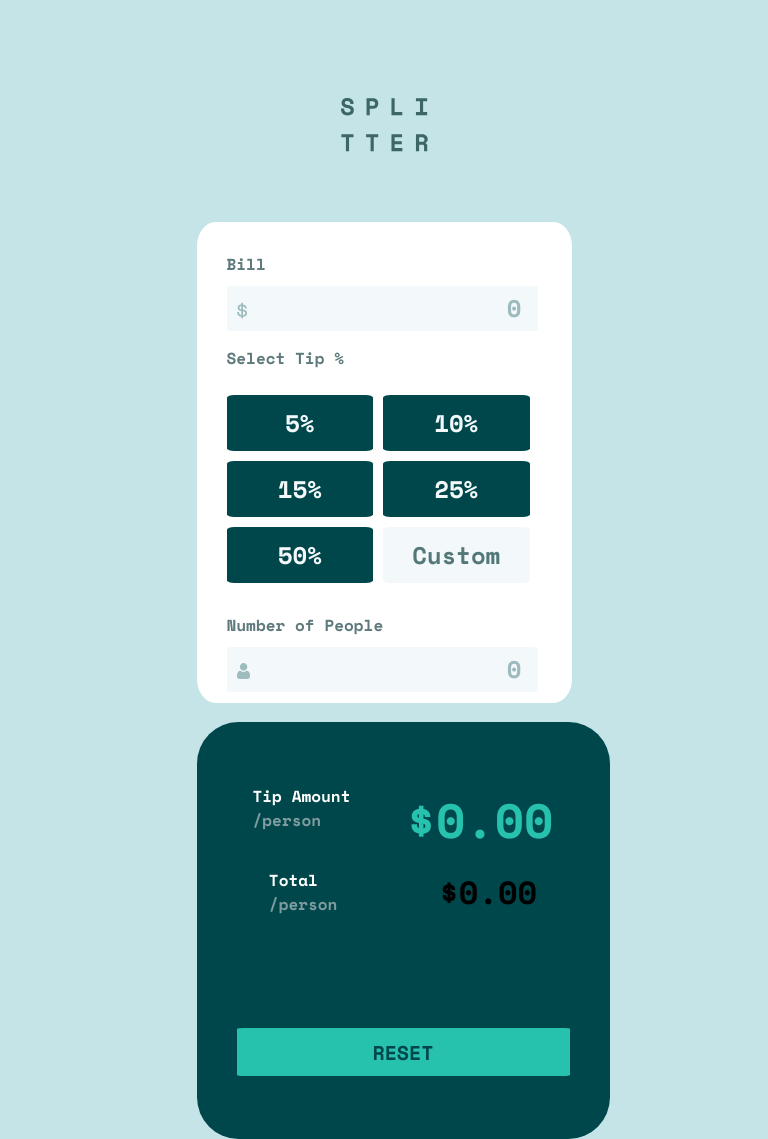
Repository: Arkitecth/tip-calculator
Page: index.html
These files come from the project's save history. The page is drawn as it stood at one moment and after the next save; the edit follows.
The browser window is 768 px wide. The pictures show the whole page.

Above is the page before, as saved 2023-06-09 19:58:04.

After the next save:
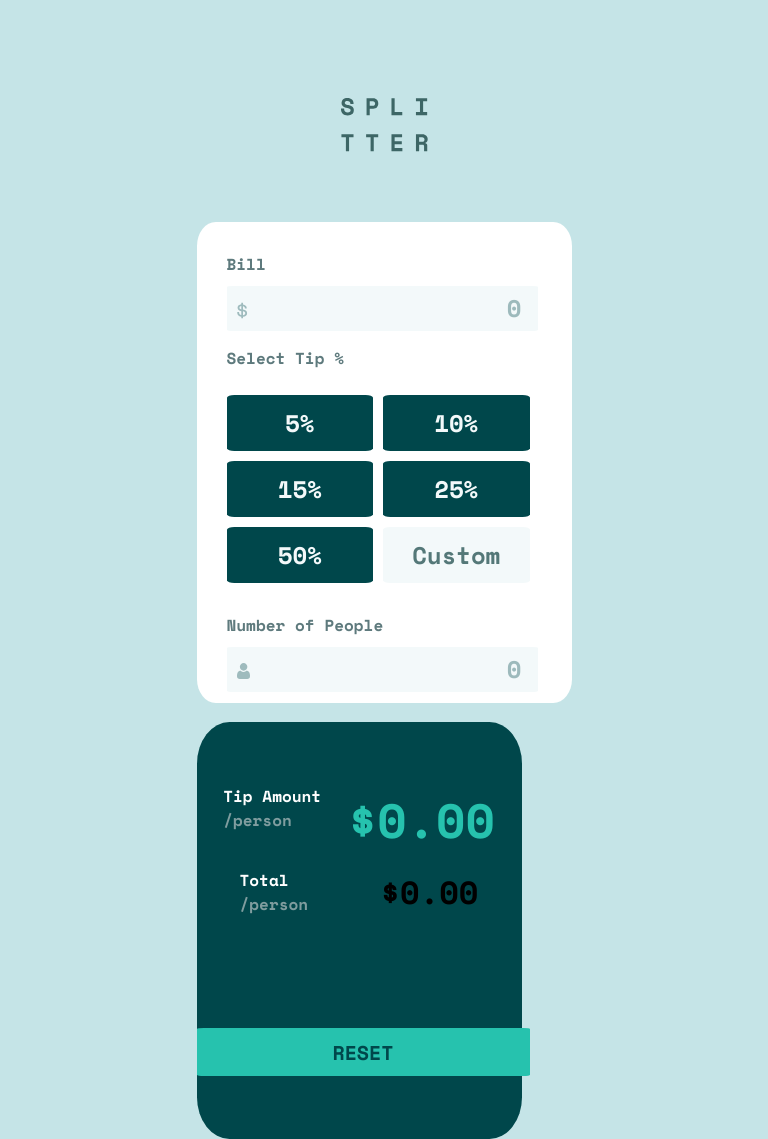
Saved 17 s later.
--- a/styles.css
+++ b/styles.css
@@ -215,5 +215,6 @@
     }
     .result {
         grid-row: 2;
-    }
-}
+        width: 325px;
+    }
+}
